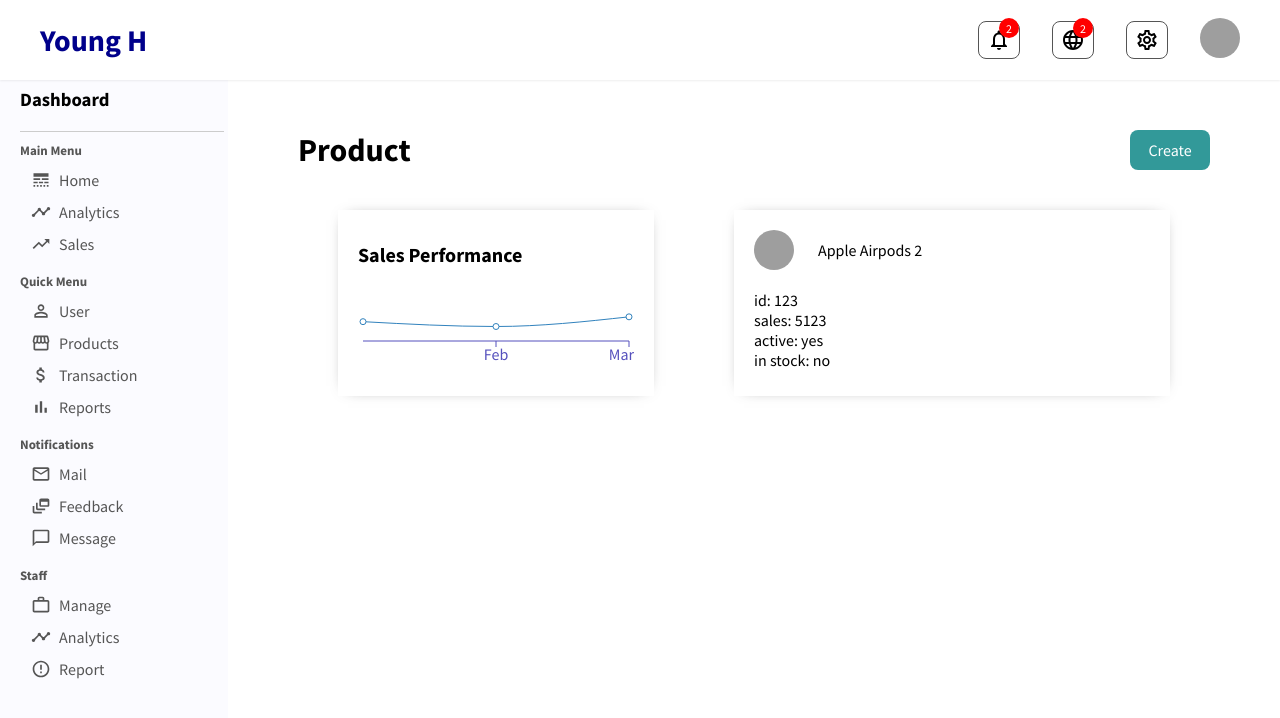
Repository: noname20011/admin
Page: /product/1
The author's editor kept a copy of each file at every save. The page is drawn from the files as they stood at one save, then again after the next save.
The browser window is 1280 px wide. The pictures show the whole page.
Pictures or frames that could not be fetched are drawn as grey boxes. The project was rebuilt for these pictures with package versions that can differ from the ones it lists, and the page was loaded fresh each time. Also part of the build but not shown: src/pages/home/home.css, src/comopnents/featureInfo/feature.css, src/comopnents/featureInfo/Feature.jsx, src/comopnents/widgetSm/widgetSm.css, src/comopnents/widgetSm/WidgetSm.jsx, src/comopnents/widgetLg/widgetLg.css, src/comopnents/widgetLg/WidgetLg.jsx, src/pages/home/Home.jsx and 10 more.

Above is the page before, as saved 2021-11-14 16:36:38.

After the next save:
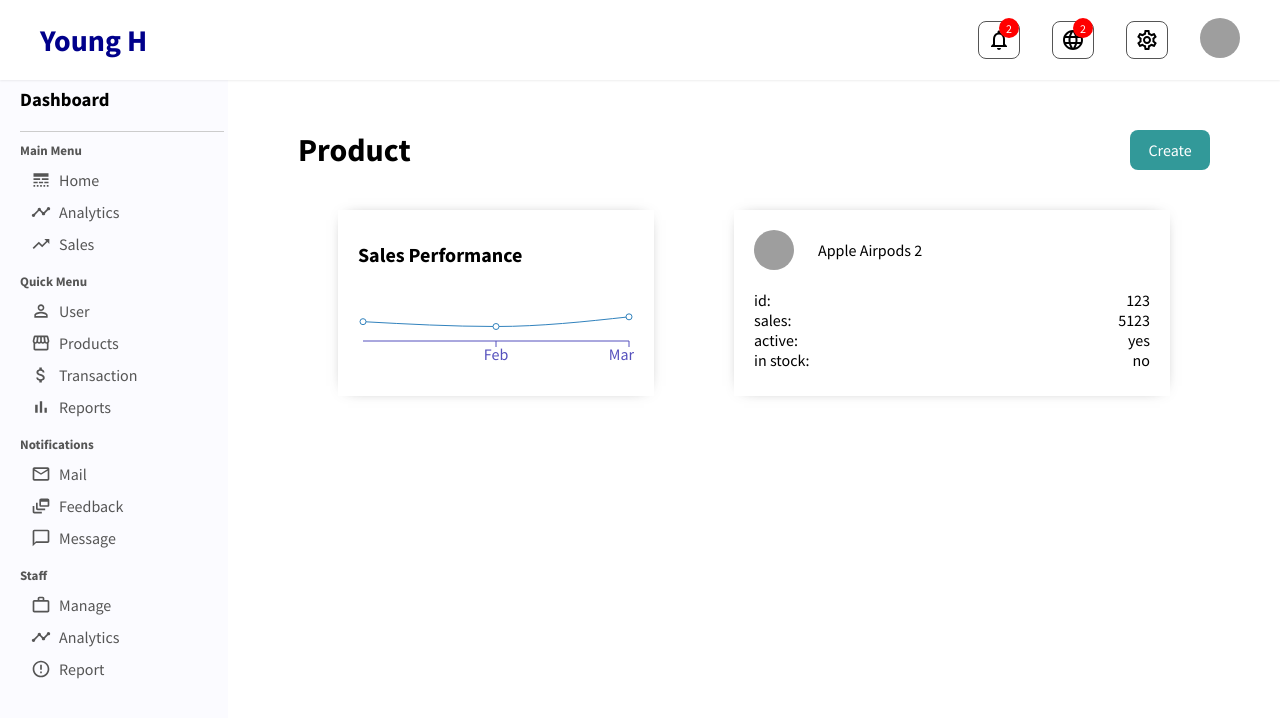
Saved 53 s later.
--- a/src/pages/product/product.css
+++ b/src/pages/product/product.css
@@ -55,3 +55,8 @@
     border-radius: 50%;
     object-fit: cover;
 }
+
+.productInfoItem {
+    display: flex;
+    justify-content: space-between;
+}
